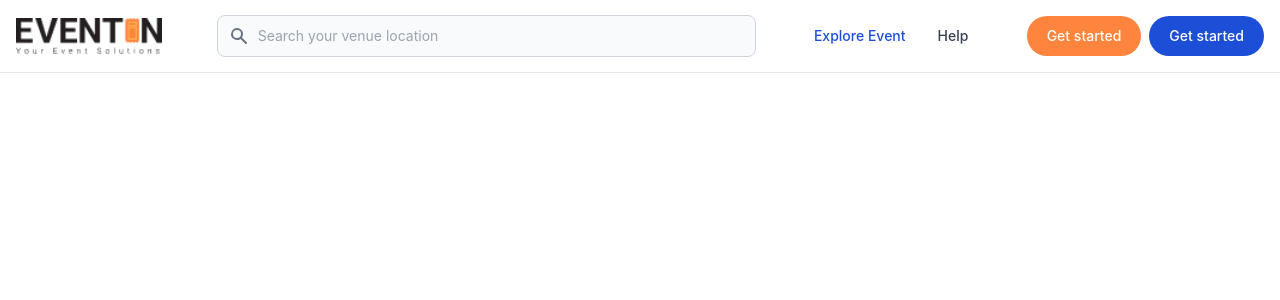
Repository: farrelmuhammad/eventon-indobild
Page: /
The author's editor kept a copy of each file at every save. The page is drawn from the files as they stood at one save, then again after the next save.
The browser window is 1280 px wide. The pictures show the whole page.
The project was rebuilt for these pictures with package versions that can differ from the ones it lists, and the page was loaded fresh each time. Also part of the build but not shown: src/App.css.

Above is the page before, as saved 2023-02-07 15:47:24.

After the next save:
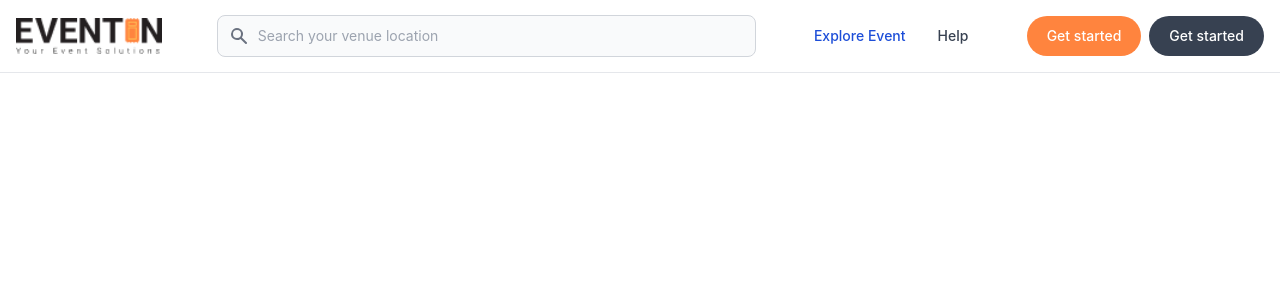
Saved 10 s later.
--- a/src/components/Navbar.jsx
+++ b/src/components/Navbar.jsx
@@ -26,7 +26,7 @@ const Navbar = () => {
 
                 <div class="flex md:order-2 gap-2">
                     <button type="button" class="text-white bg-[#FF843E] hover:bg-blue-800 focus:ring-4 focus:outline-none focus:ring-blue-300 font-medium rounded-full text-sm px-5 py-2.5 text-center mr-3 md:mr-0">Get started</button>
-                    <button type="button" class="text-white bg-blue-700 hover:bg-blue-800 focus:ring-4 focus:outline-none focus:ring-blue-300 font-medium rounded-full text-sm px-5 py-2.5 text-center mr-3 md:mr-0">Get started</button>
+                    <button type="button" class="text-white bg-gray-700 hover:bg-blue-800 focus:ring-4 focus:outline-none focus:ring-blue-300 font-medium rounded-full text-sm px-5 py-2.5 text-center mr-3 md:mr-0">Get started</button>
                 </div>
                 <div class="items-center justify-between hidden w-full md:flex md:w-auto md:order-1" id="navbar-sticky">
                     <ul class="flex flex-col p-4 mt-4 border border-gray-100 rounded-lg bg-gray-50 md:flex-row md:space-x-8 md:mt-0 md:text-sm md:font-medium md:border-0 md:bg-white">
